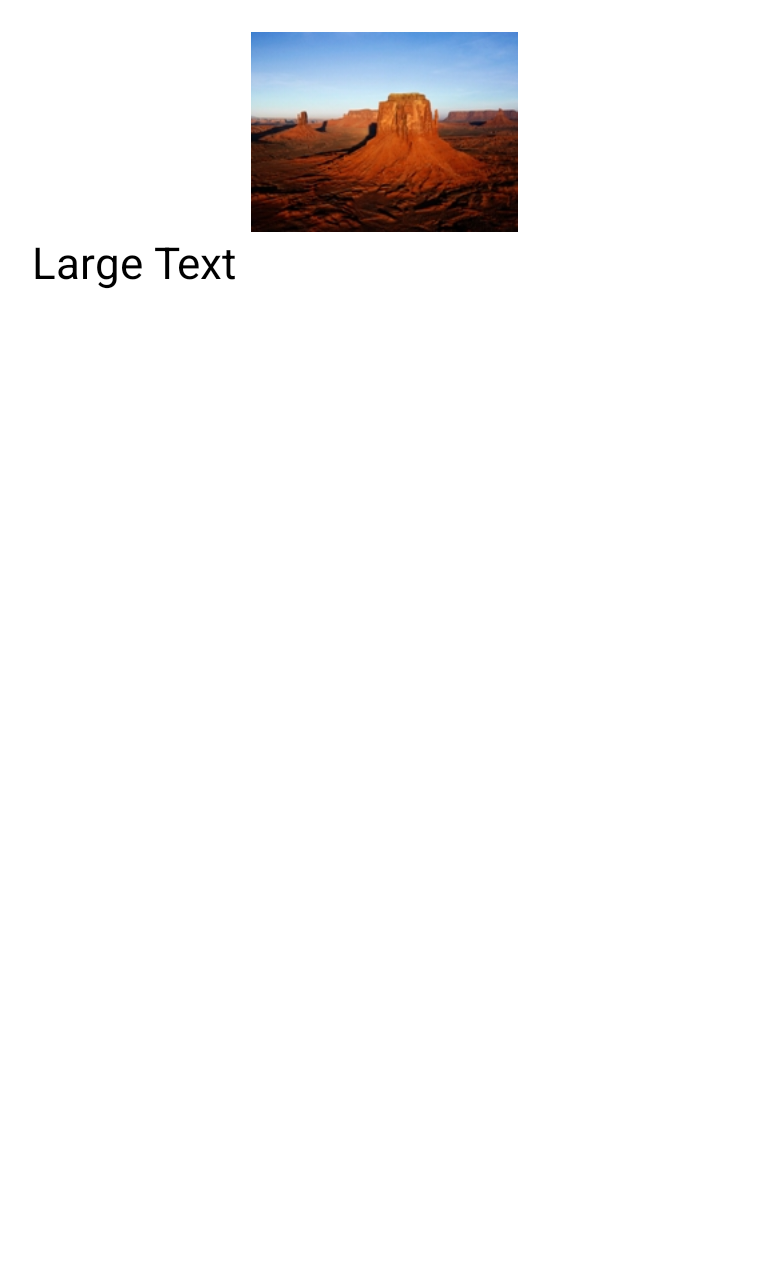
Repository: bhakti152/Tourist-Guide-App
Layout: tourist_guide_app/Tourist_Guide/res/layout/activity_description.xml
These files come from the project's save history. The layout is drawn as it stood at one moment and after the next save; the edit follows.
It is drawn on a 768 x 1280 px phone screen (xhdpi) without system bars, with theme AppTheme; the app's code is not run.

Above is the layout before, as saved 2016-11-10 00:34:22.

### tourist_guide_app/Tourist_Guide/res/layout/activity_description.xml
<RelativeLayout xmlns:android="http://schemas.android.com/apk/res/android"
    xmlns:tools="http://schemas.android.com/tools"
    android:layout_width="match_parent"
    android:layout_height="match_parent"
    android:paddingBottom="@dimen/activity_vertical_margin"
    android:paddingLeft="@dimen/activity_horizontal_margin"
    android:paddingRight="@dimen/activity_horizontal_margin"
    android:paddingTop="@dimen/activity_vertical_margin"
    tools:context="com.example.tourist_guide.DescriptionActivity" >

    <ScrollView
        android:id="@+id/scrollView1"
        android:layout_width="match_parent"
        android:layout_height="500dp" >

        <LinearLayout
            android:layout_width="match_parent"
            android:layout_height="match_parent"
            android:orientation="vertical" >

            <ImageView
                android:id="@+id/imageView1"
                android:layout_width="match_parent"
                android:layout_height="wrap_content"
                android:src="@drawable/pic2" />

            <TextView
                android:id="@+id/textView1"
                android:layout_width="wrap_content"
                android:layout_height="wrap_content"
                android:text="Large Text"
                android:textAppearance="?android:attr/textAppearanceLarge" />

        </LinearLayout>

    </ScrollView>

</RelativeLayout>

Loaded but not shown: tourist_guide_app/Tourist_Guide/res/values/styles.xml (common file); tourist_guide_app/Tourist_Guide/res/values-v11/styles.xml (common file); tourist_guide_app/Tourist_Guide/res/values-v14/styles.xml (common file); tourist_guide_app/Tourist_Guide/res/values/dimens.xml (common file); tourist_guide_app/Tourist_Guide/res/values-w820dp/dimens.xml (common file)

After the next save:
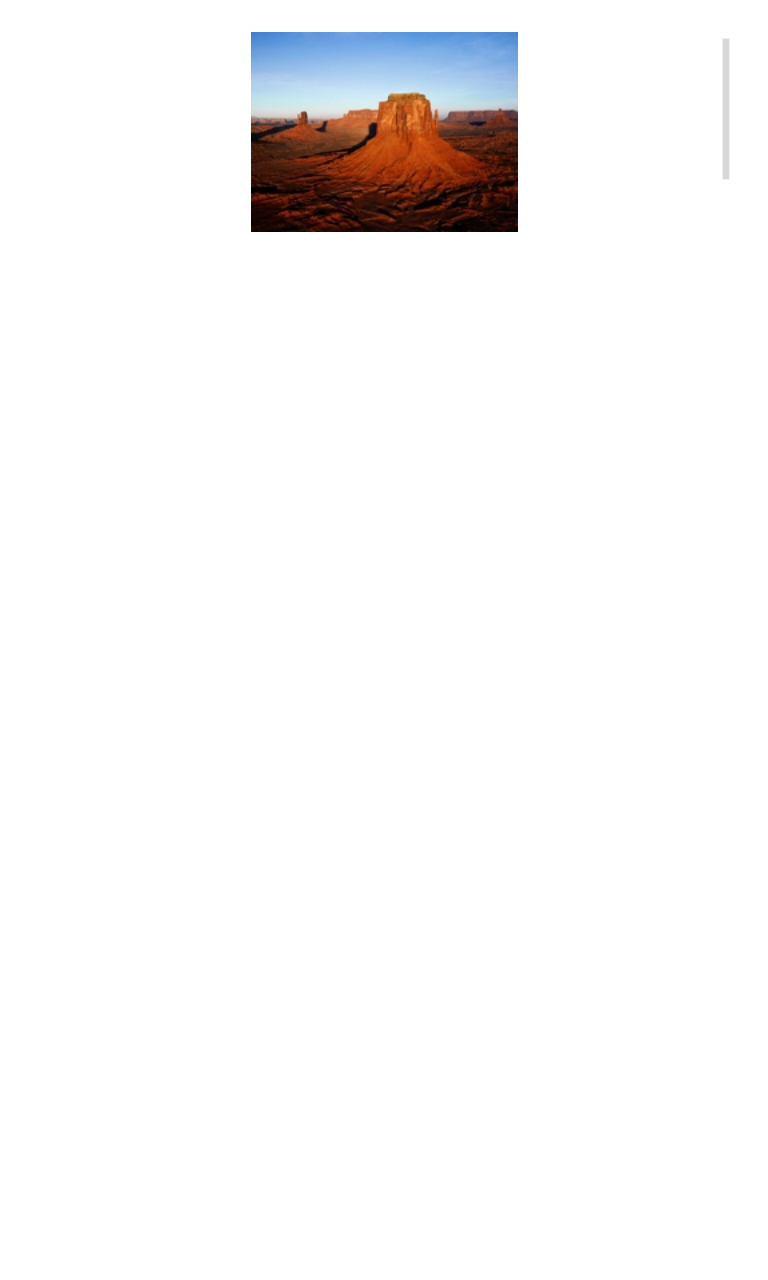
Saved 8 s later.
--- a/tourist_guide_app/Tourist_Guide/res/layout/activity_description.xml
+++ b/tourist_guide_app/Tourist_Guide/res/layout/activity_description.xml
@@ -11,7 +11,7 @@
     <ScrollView
         android:id="@+id/scrollView1"
         android:layout_width="match_parent"
-        android:layout_height="500dp" >
+        android:layout_height="100dp" >
 
         <LinearLayout
             android:layout_width="match_parent"
